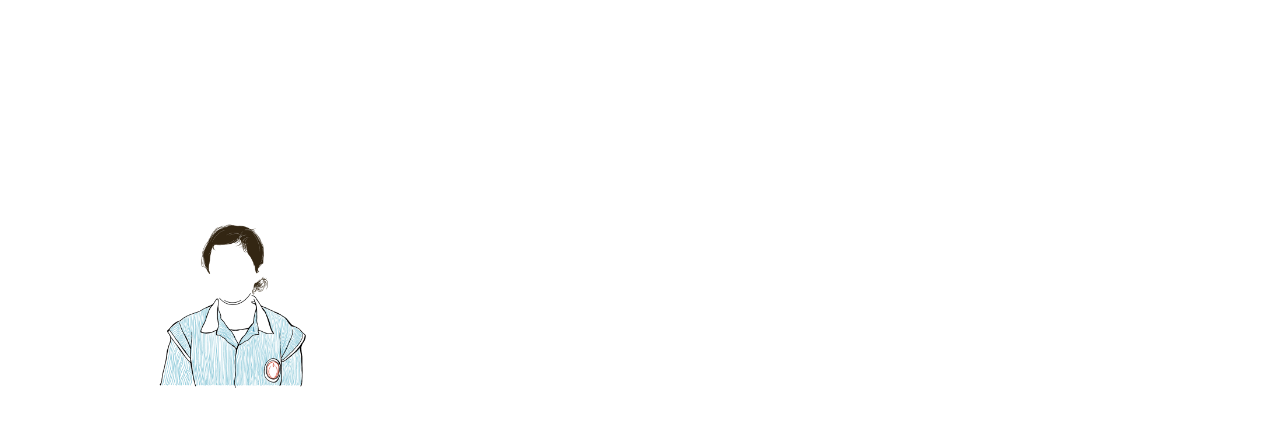
Repository: Lettie123/webpr4
Page: 04.html
An editor plug-in stored every save of this project. The page is shown before and after the next save, followed by the edit.
The browser window is 1280 px wide. The pictures show the whole page.

Above is the page before, as saved 2020-11-23 21:46:07.

After the next save:
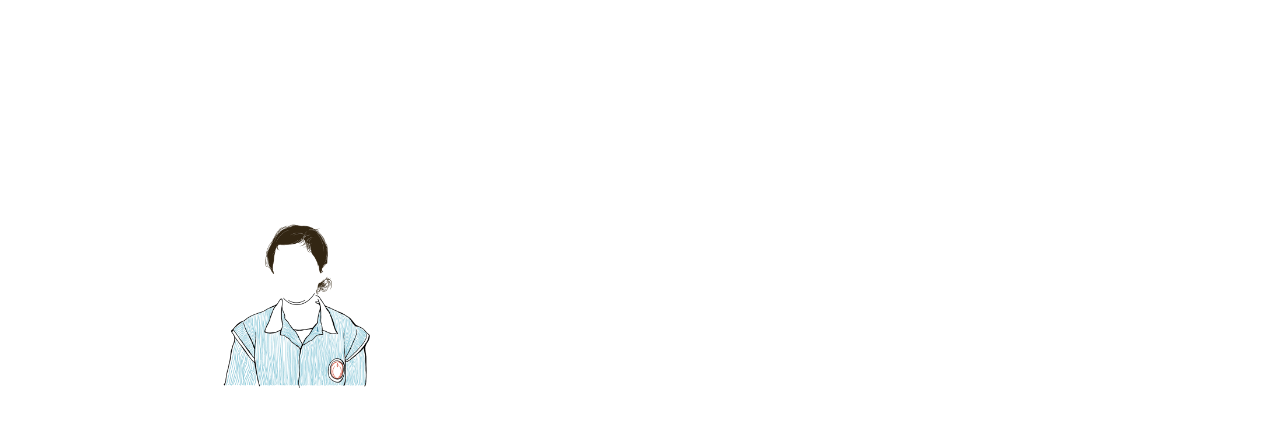
Saved 20 s later.
--- a/style05.css
+++ b/style05.css
@@ -8,7 +8,7 @@ body {
     width: 350px;
 	height: 350px;
 	position: absolute;
-	left: 25%;
+	left: 30%;
 	top: 55%;
 	transform: translate(-50%,-50%);
 }
